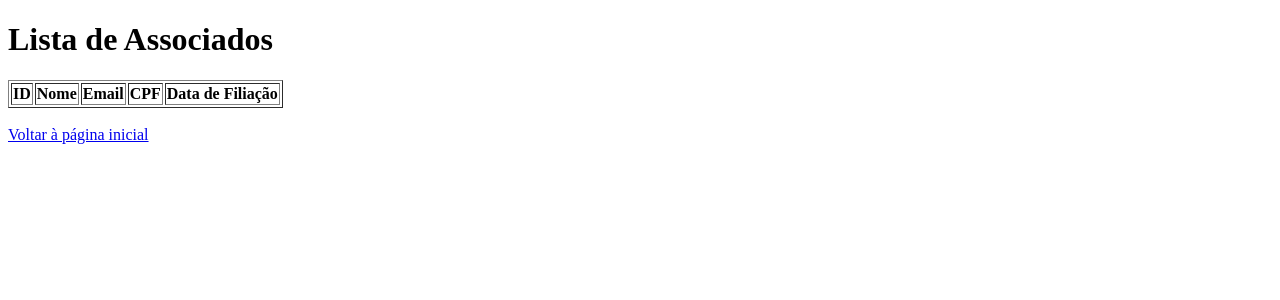
Repository: DiegoCamaraDev/estagioTecnoTech
Page: http://localhost/views/associado/listar.php
These files come from the project's save history. The page is drawn as it stood at one moment and after a run of saves; the edit follows.
The browser window is 1280 px wide. The pictures show the whole page.
The page is run by PHP 8.4 with error messages shown; the project is at /var/www/html/. Queries for data that is not in the repository find no rows.

Above is the page before, as saved 2024-11-11 14:51:47.

### views/associado/listar.php
<?php

require_once '../../config/config.php';
require_once '../../model/Associado.php';

// Cria uma instância da classe Associado
$associadoModel = new Associado($pdo);

// Obtém a lista de associados
$associados = $associadoModel->list();
?>

<!DOCTYPE html>
<html lang="pt-BR">
<head>
    <meta charset="UTF-8">
    <meta name="viewport" content="width=device-width, initial-scale=1.0">
    <title>Lista de Associados</title>
</head>
<body>
    <h1>Lista de Associados</h1>
    <table border="1">
        <tr>
            <th>ID</th>
            <th>Nome</th>
            <th>Email</th>
            <th>CPF</th>
            <th>Data de Filiação</th>
        </tr>
        <?php foreach ($associados as $associado): ?>
            <tr>
                <td><?php echo htmlspecialchars($associado['id']); ?></td>
                <td><?php echo htmlspecialchars($associado['nome']); ?></td>
                <td><?php echo htmlspecialchars($associado['email']); ?></td>
                <td><?php echo htmlspecialchars($associado['cpf']); ?></td>
                <td><?php echo htmlspecialchars($associado['data_filiacao']); ?></td>
            </tr>
        <?php endforeach; ?>
    </table>
    <br>
    <a href="../../index.php">Voltar à página inicial</a>
</body>
</html>

### config/config.php
<?php
$host = 'localhost';
$dbname = 'associacao';
$username = 'root';
$password = '';

try {
    $pdo = new PDO("mysql:host=$host;dbname=$dbname", $username, $password);
    $pdo->setAttribute(PDO::ATTR_ERRMODE, PDO::ERRMODE_EXCEPTION);
} catch (PDOException $e) {
    echo 'Erro ao conectar ao banco de dados: ' . $e->getMessage();
    exit();
}

### model/Associado.php
<?php
class Associado {
    private $pdo;

    public function __construct($pdo) {
        $this->pdo = $pdo;
    }

    public function create($nome, $email, $cpf, $data_filiacao) {
        $stmt = $this->pdo->prepare("INSERT INTO associados (nome, email, cpf, data_filiacao) VALUES (?, ?, ?, ?)");
        return $stmt->execute([$nome, $email, $cpf, $data_filiacao]);
    }

    public function list()
    {
        $stmt = $this->pdo->prepare("SELECT * FROM associados");
        $stmt->execute();
        return $stmt->fetchAll(PDO::FETCH_ASSOC);
    }

    // Método para buscar um associado pelo ID
    public function listForId($id)
    {
        $stmt = $this->pdo->prepare("SELECT * FROM associados WHERE id = :id");
        $stmt->bindParam(':id', $id, PDO::PARAM_INT);
        $stmt->execute();
        return $stmt->fetch(PDO::FETCH_ASSOC); // Retorna um único registro
    }
}

After the next 6 saves:
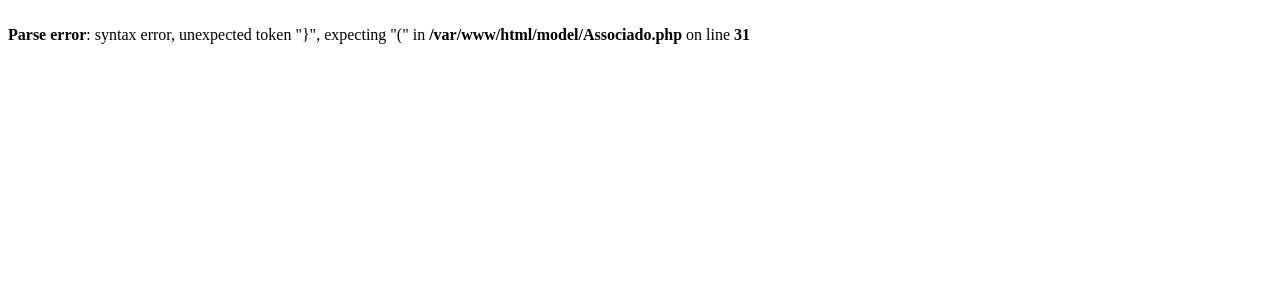
The 6 saves are shown as one change because they came seconds apart.
The last was saved 8 min 19 s later.
--- a/model/Associado.php
+++ b/model/Associado.php
@@ -26,4 +26,6 @@
         $stmt->execute();
         return $stmt->fetch(PDO::FETCH_ASSOC); // Retorna um único registro
     }
+
+    public function update
 }

After the 2 saves that followed:
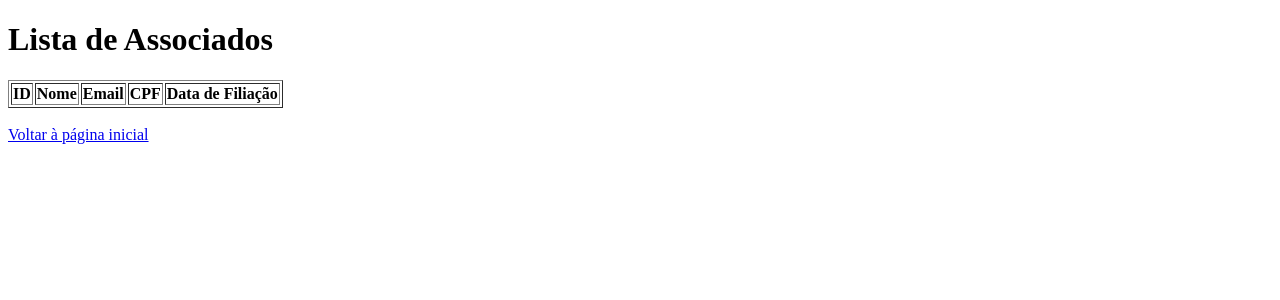
The 2 saves are shown as one change because they came seconds apart.
The last was saved 13 s later.
--- a/model/Associado.php
+++ b/model/Associado.php
@@ -27,5 +27,4 @@
         return $stmt->fetch(PDO::FETCH_ASSOC); // Retorna um único registro
     }
 
-    public function update
 }
